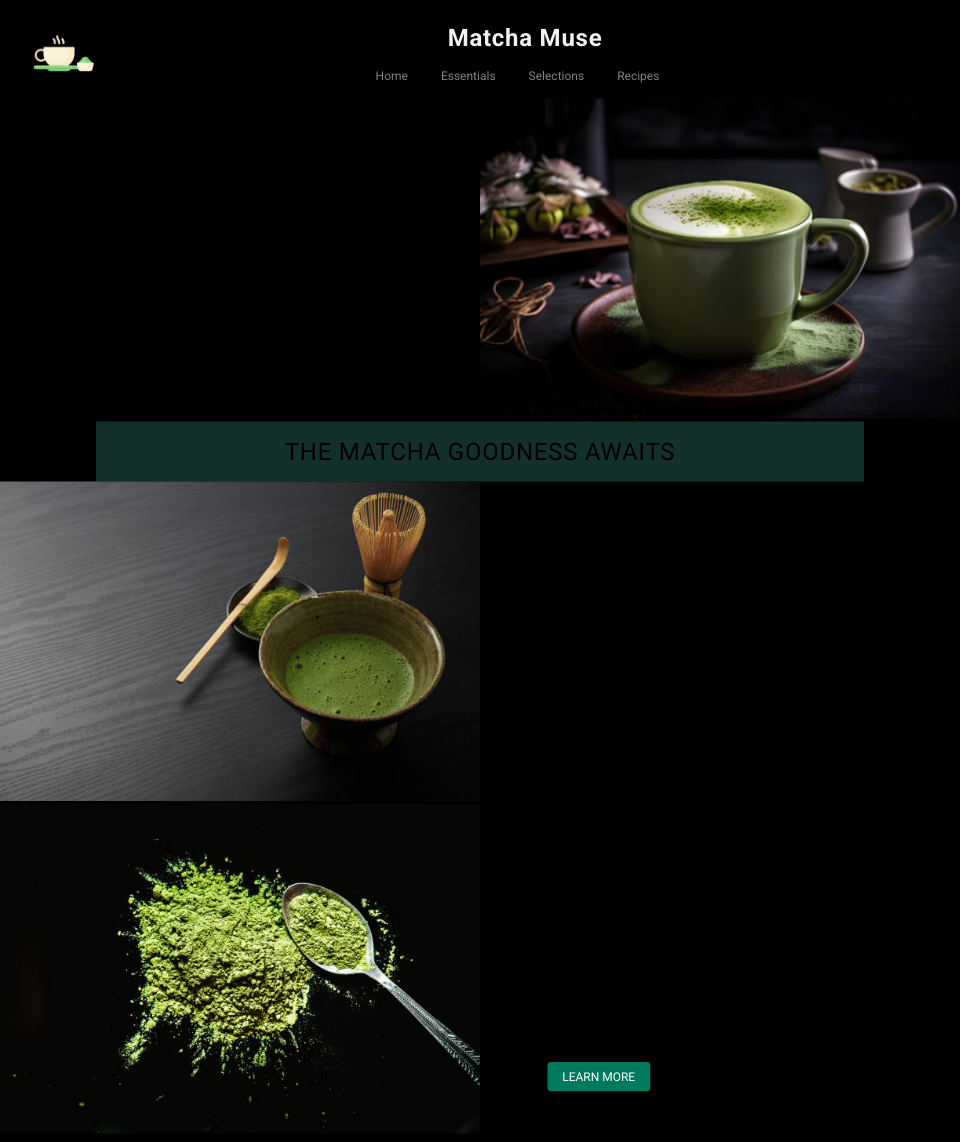
Repository: ericazz17/matchawebsite
Page: main.html
An editor plug-in stored every save of this project. The page is shown before and after a run of saves, followed by the edit.
The browser window is 1280 px wide. The pictures show the whole page, at 75% of full size.

Above is the page before, as saved 2023-09-20 04:11:49.

### main.html
<!DOCTYPE html>
<html>
<head>
    <title>Matcha Muse</title>
    <link rel="stylesheet" type="text/css" href="main.css">
    <link rel="preconnect" href="https://fonts.googleapis.com">
    <link rel="preconnect" href="https://fonts.gstatic.com" crossorigin>
    <link href="https://fonts.googleapis.com/css2?family=Roboto:wght@400;700&display=swap" rel="stylesheet">
</head>

<body>
    <header class="header">

        <div class="header-container">
            <div id="icon-container">
                <img class="header-icon" src="images/header-icon.png">
            </div>
            <div id="header-name">
                <h1>Matcha Muse</h1>
            </div>
        </div>

        <nav class="topbar">
            <div class="topbardiv">
                <a class="button" href="#home">Home</a>
                <a class="button" href="#essentials">Essentials</a>
                <a class="button" href="#selections">Selections</a>
                <a class="button" href="#recipes">Recipes</a>
            </div>
        </nav>
    </header>

    <div class="center-body">
        <div class="center-text">
            <h2>Welcome to the World of Matcha!</h2>
            <h3>Experience the enchanting world of matcha tea like never before. Discover the rich history, exquisite flavors, and countless health benefits of this green elixir.</h3>
        </div>

        <div class="center-img">
            <img id="matcha-image" src="images/matcha-body.jpeg">
        </div>
    </div>

    <div class="separation-bar">
        <h2 id="separation-text">The Matcha Goodness Awaits</h2>
    </div>


        <div class="bottom-first">
            <div class="bottom-first-img">
                <img id="bf1-img" src="images/matcha-powder.jpeg">
            </div>
            <div class="bottom-first-text">
                <h2 id="bottom-first-h2">A Matcha Lesson</h2>
                <h3 id="bottom-first-h3">Matcha is a vibrant green tea known for its finely ground powder form and unique preparation method. It's prized for its rich cultural history, impressive health benefits, and the calming ritual it offers.</h3>
            </div>
            <div style="clear: both;"></div>
        </div>


        <div class="bottom-second">
            <div class="bottom-second-text">

            </div>

            <div class="bottom-second-img">

            </div>
        </div>


        <div class="bottom-third">

            <div class="bottom-third-img">
                <img id="bf3-img" src="images/dark-powder.jpeg">
            </div>


            <div class="bottom-third-text">
                <h2>Benefits of Drinking Matcha</h2>
                    <div class="benefit-lists">
                        <ul class="benefit-list1">
                            <li>Rich in Antioxidants</li>
                            <li>Enhanced Concentration</li>
                            <li>Natural Energy Boost</li>
                            <li>Metabolism Support</li>
                            <li>Enhanced Mood</li>
                            <li>Natural Relaxation</li>
                            <li>Alkalizing Properties</li>
                            <li>Improved Oral Health</li>

                        </ul>

                        <ul class="benefit-list2">
                            <li>Detoxification</li>
                            <li>Improved Skin Health</li>
                            <li>Enhanced Mood</li>
                            <li>Metabolism Support</li>
                            <li>Heart Health</li>
                            <li>Enhanced Endurance</li>
                            <li>Strengthened Immune System</li>
                            <li>Healthy Blood Sugar Levels</li>
                        </ul>
                    </div>

                    <div class="learn-more-container">
                        <a href="https://matcha.com/pages/matcha-health-benefits" target="_blank" class="learn-more-button">LEARN MORE</a>
                    </div>


            </div>

            <div style="clear: both;"></div>
        </div>









</body>
</html>

### main.css
body {
    background-color: black;
    width: 100%;
    margin-left: 0px;
    margin-right: 0px;
    margin-top: 0px;
    padding: 0px;
}

.header {
    position: sticky;
    top: 0;
    background-color: black;
    color: #f1f1f1;
    padding: 10px;
  }

.header-container{
    max-width: 100%;
    width: 100%;
    text-align: center;
    margin-top: 0px;
    padding: 0px;

}

#header-name{
    text-align: center;
}


h1 {
    font-family: 'Roboto', sans-serif;
    font-size:px;
    letter-spacing: 1px;
}

h2 {
    font-family: 'Roboto', sans-serif;
    font-size:3vw;
    letter-spacing: 1px;
}


h3 {
    font-family: sans-serif;
    font-size:1.5vw;
    letter-spacing: 1px;
    font-weight: 300;
}

#icon-container{
    width: 100px;
    float: left;
    vertical-align: top;
    padding-left: 20px;
}
.header-icon{
    display:flex;
    height:80px;
    margin-left: 15px;
    flex:1;
}
.topbar {

    height: 30px;
    text-align: center;
}
.button {
    color: gray;
    font-family: 'Roboto', sans-serif;
    padding: 10px;
    margin-right: 20px;

}

a {
    text-decoration: none;
}

.button:hover {
    color: white;
    border-color: rgb(61, 35, 13);
    border-width: 1px;
    border-style: solid;
    border-radius: 5px;
}

.button:active {
    color: white;
    border-color: rgb(61, 35, 13);
    border-width: 1px;
    border-style: solid;
    border-radius: 5px;
}

.center-body, .bottom-first, .bottom-third {
    width: 100%;
    margin-left: auto;
    margin-right:auto;
}

.center-text{
    display: block;
    width: 30%;
    float: left;
    padding-left: 10%;
    padding-right: 10%;
    font-family: 'Roboto', sans-serif;
    padding-top: 3%;
}

.bottom-first-text {
    display: block;
    width: 30%;
    float: left;
    padding-left: 5%;
    padding-right: 5%;
    font-family: 'Roboto', sans-serif;
    padding-top: 8%;
}

.bottom-third-text {
    display: block;
    width: 40%;
    float: left;
    padding-left: 5%;
    padding-right: 2%;
    font-family: 'Roboto', sans-serif;
    padding-top: 4%;

}

.benefit-lists {
    display: flex;
    justify-content: space;
}

.benefit-list1, .benefit-list2 {
    width: 45%; /* Adjust this value as needed */
  }

.center-img, .bottom-first-img, .bottom-third-img{
    width: 50%;
    float: left;
    background-size: 100% 100%;
}

.center-img img {
    width: 100%;
    height: 100%;
    display:inline-block;
}

.bottom-first-img img {
    width: 100%;
    height: auto;
    display:inline-block;
}

.bottom-third-img img {
    width: 100%;
    height: auto;
    display:inline-block;
}



.separation-bar {
    background-color: rgb(19, 48, 43);
    display: flex;
    align-items: center;
    justify-content: center;
    height: 80px;
    width: 80%;
    margin-left: 10%;
    margin-right:10%;
  }

  #separation-text {
    font-size:2.5vw;
    text-transform: uppercase;
    font-family: 'roboto',Arial, Helvetica, sans-serif;
    font-weight:100;
  }

  .learn-more-button {
    background-color: #007A5F;
    padding: 10px 20px;
    text-decoration: none;
    color: white;
    border: none;
    text-align: center;
    display: inline-block;
    border-radius: 5px;
}

.learn-more-container {
    margin-left: 5%;
}

After the next 9 saves:
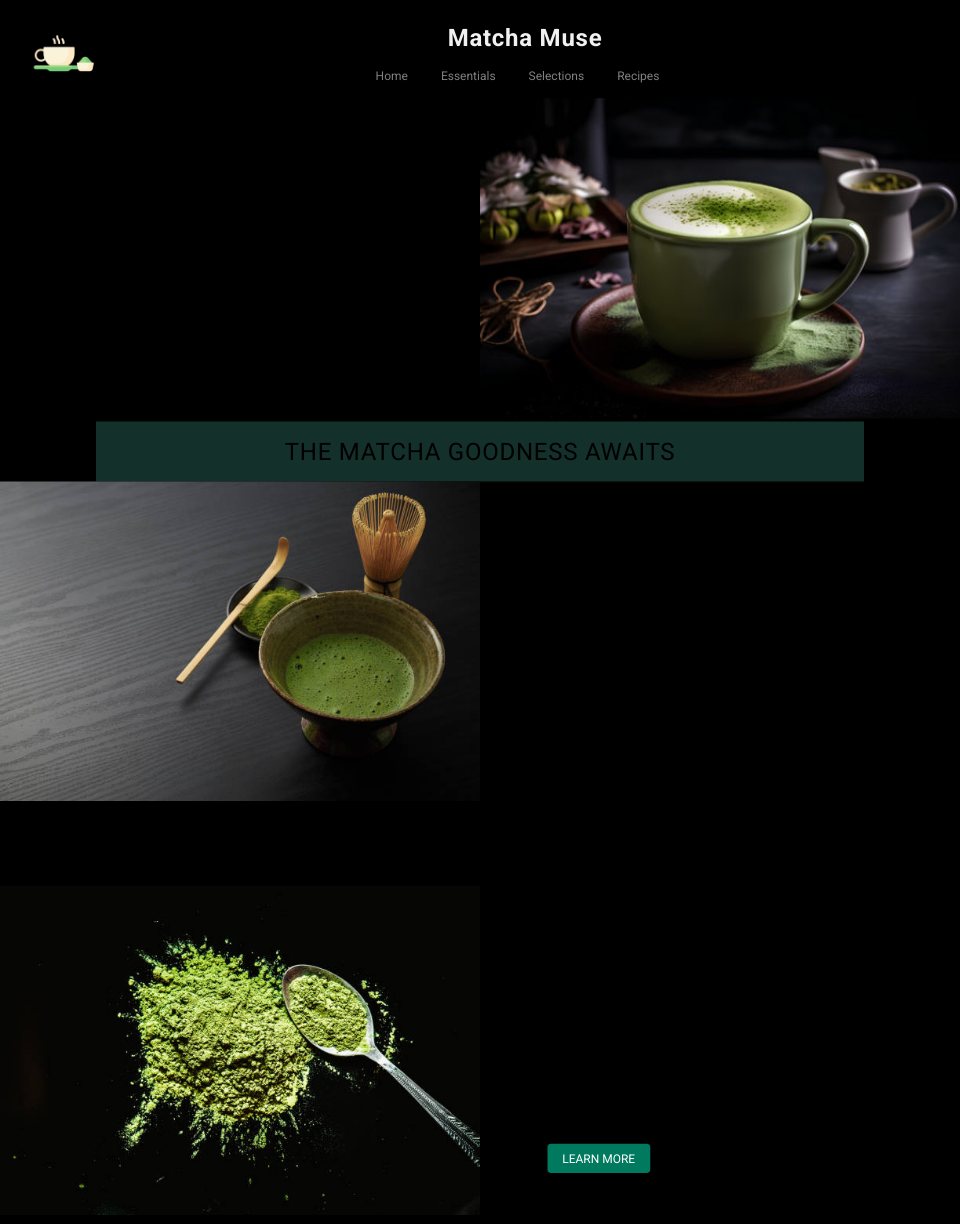
The 9 saves are shown as one change because they came seconds apart.
The last was saved 26 s later.
--- a/main.html
+++ b/main.html
@@ -60,6 +60,8 @@
 
         <div class="bottom-second">
             <div class="bottom-second-text">
+                <h2>History of Matcha</h2>
+                <h3></h3>
 
             </div>
 
